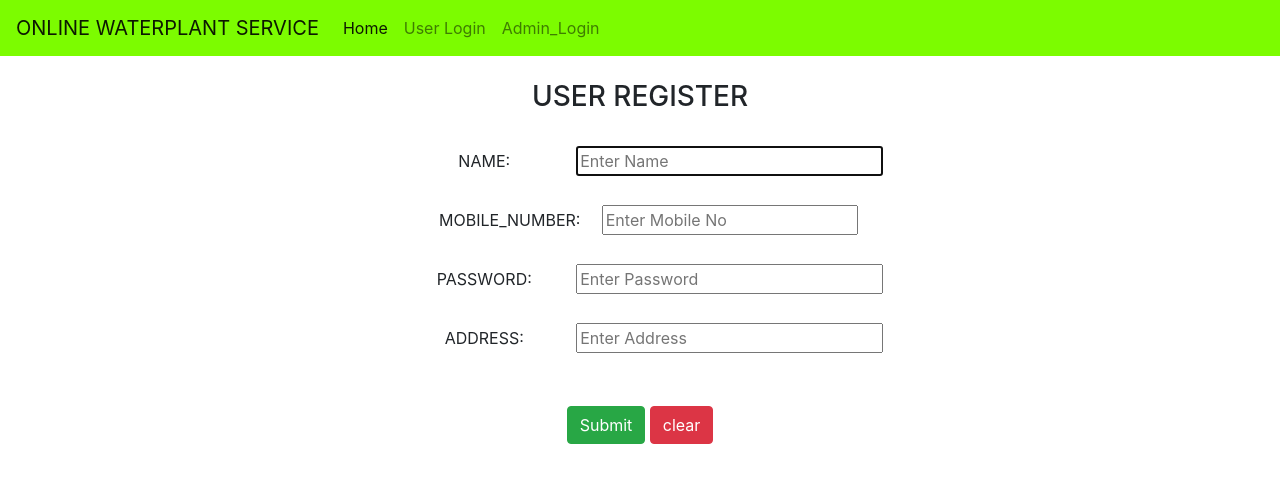
Repository: SHARMILAG97/WebApplication
Page: http://localhost/waterplant_web/userregister.jsp
These files come from the project's save history. The page is drawn as it stood at one moment and after the next save; the edit follows.
The browser window is 1280 px wide. The pictures show the whole page.
The page is served by Tomcat 9.

Above is the page before, as saved 2019-09-18 10:14:05.
Console error: TypeError: Cannot read properties of undefined (reading 'fn')

After the next save:
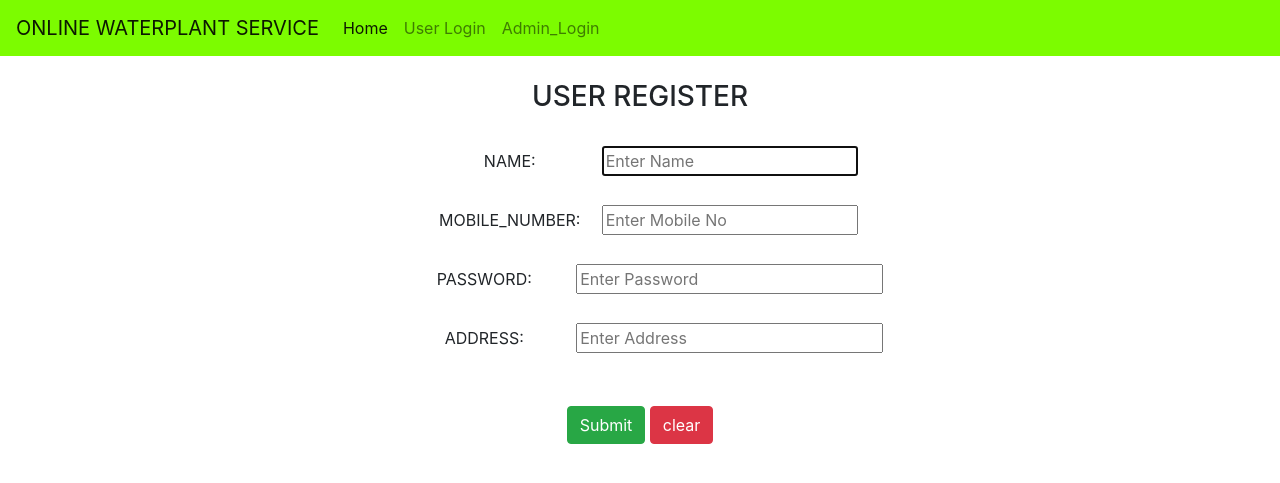
Saved 20 s later.
--- a/waterplant_web/src/main/webapp/userregister.jsp
+++ b/waterplant_web/src/main/webapp/userregister.jsp
@@ -69,11 +69,11 @@ function register() {
 
 <form onsubmit="register()">
 <label>NAME:</label>
-<input type="text" name="name" id="name" size=25 placeholder="Enter Name" required autofocus/>
+<input type="text" name="name" id="name" size=20 placeholder="Enter Name" required autofocus/>
 <br/></br>
 
 <label>MOBILE_NUMBER:</label>
-<input type="number" name="mobileno" id="mobileno" size=30 placeholder="Enter Mobile No" required />
+<input type="number" name="mobileno" id="mobileno" size=25 placeholder="Enter Mobile No" required />
 <br/></br>
 
 <label>PASSWORD:</label>
